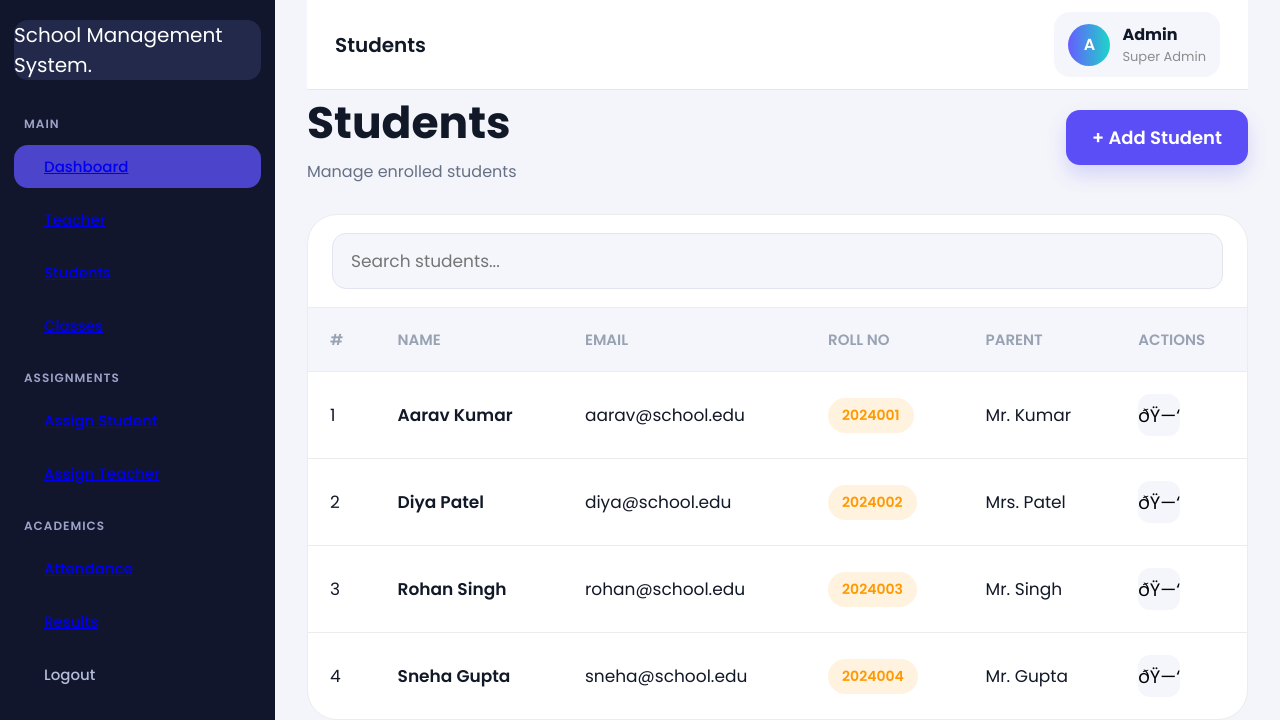
Repository: rohit-rk-07/school_management_system
Page: http://localhost/School_Management_System/student.jsp
An editor plug-in stored every save of this project. The page is shown before and after the next save, followed by the edit.
The browser window is 1280 px wide. The pictures show the whole page.
The page is served by Tomcat 10.

Above is the page before, as saved 2026-05-20 09:39:56.
Console error: TypeError: Cannot read properties of null (reading 'addEventListener')

After the next save:
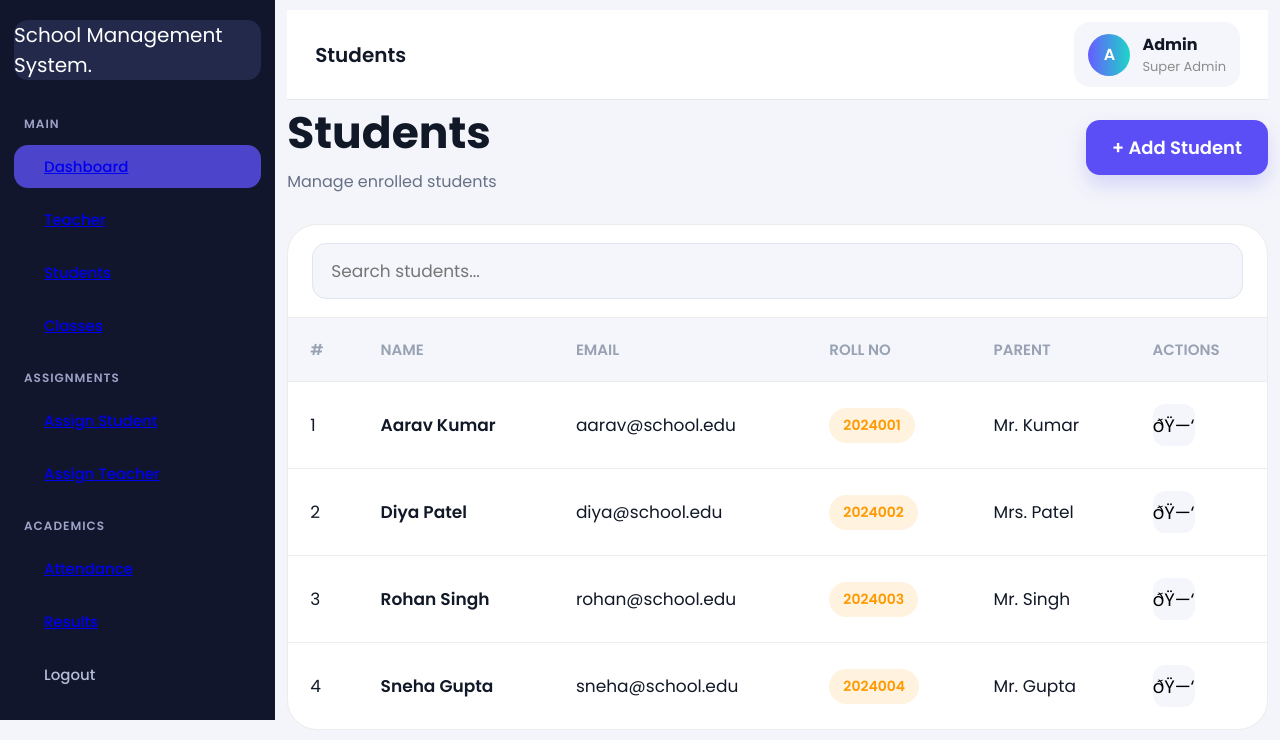
Saved 63 s later.
--- a/School_Management_System/src/main/webapp/student.jsp
+++ b/School_Management_System/src/main/webapp/student.jsp
@@ -81,7 +81,7 @@
         ========================== */
 
         .studentManagementPageContainer{
-            padding:0px 32px;
+            padding:10px 12px;
             width: 80%;
         }
 
